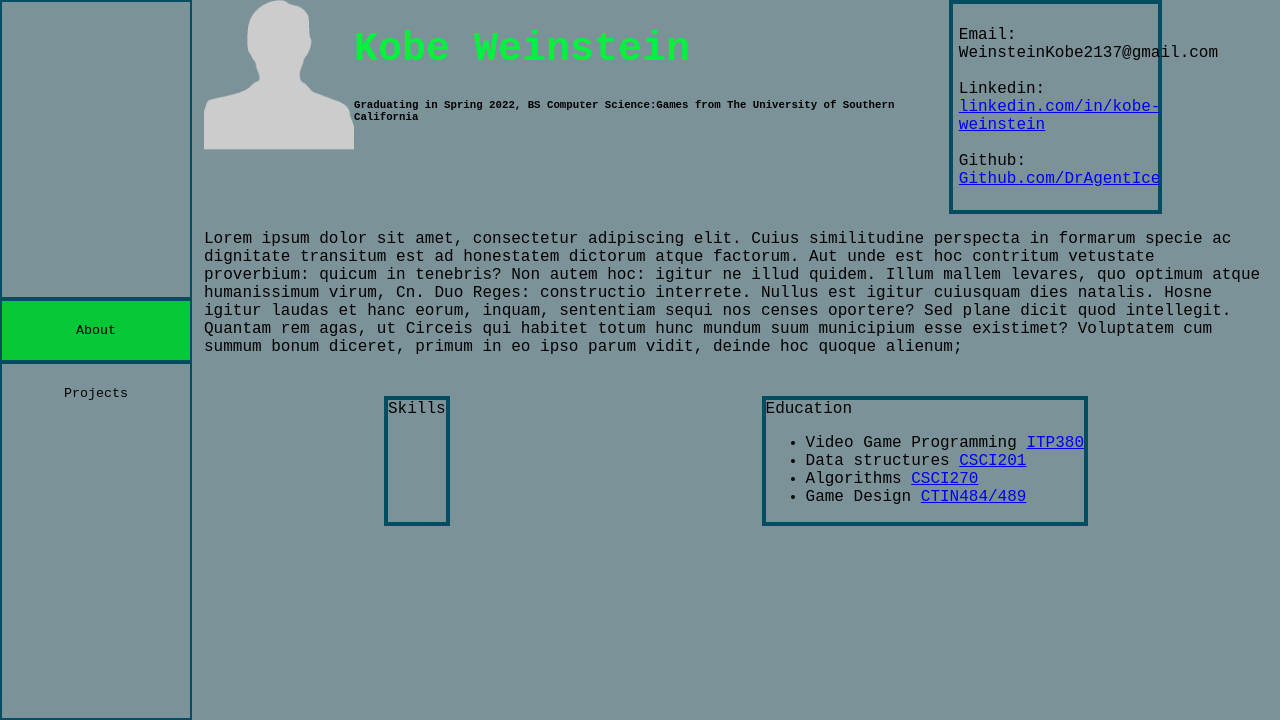
Repository: DrAngentIce/Kobe.Weinstein
Page: PortfollioSite/WebContent/Index.html
An editor plug-in stored every save of this project. The page is shown before and after the next save, followed by the edit.
The browser window is 1280 px wide. The pictures show the whole page.

Above is the page before, as saved 2021-01-15 04:35:50.

### PortfollioSite/WebContent/Index.html
<!DOCTYPE html>
<html>
<head>
<meta charset="ISO-8859-1">
<title>Kobe Weinstein</title>

<style>

 * {box-sizing: border-box}

 :root {
  --primary: #05F140;
  --primaryDim: #04C835;
  --textP: #000000;
  --Secondary: #034D63;
  --SecondaryLight: #046B8B;
  --textS: #dadfe1;
  --bg: #7C9299;
  --textBg: #000000;
  }

 body {
  font-size: 100%;
  font-family:"Courier New", monospace;
}


 .tab {
  float: left;
  border: 2px solid var(--Secondary);
  background-color: var(--bg);
  width: 15vw;
  height: 100vh;
  display: flex;
  justify-content: center;
  flex-direction: column;
	}

 .tab button {
  display: block;
  background-color: inherit;
  padding: 22px 16px;
  width: 100%;
  border: none;
  outline: none;
  text-align: center;
  cursor: pointer;
  transition: 0.3s;
  font-family:"Courier New", monospace;
  color: var(--textP);
}

.tab button:hover {
  background-color: var(--primary);
  color: var(--textP);
  border-top: 4px solid var(--SecondaryLight);
  border-bottom: 4px solid var(--SecondaryLight);
}

.tab button.active {
  background-color: var(--primaryDim);
  color: var(--textP);
  border-top: 4px solid var(--Secondary);
  border-bottom: 4px solid var(--Secondary);
}

.projectContent {
  float: left;
  padding: 0px 12px;
  border: 1px solid var(--Secondary);
  width: 70vw;
  border-left: none;
  height: 100vh;
  display: none;
  font-family:"Courier New", monospace;
}

.tabContent {
  float: left;
  padding: 0px 12px;
  border: none;
  width: 85vw;
  border-left: none;
  height: 100vh;
  display: none;
  font-family:"Courier New", monospace;
  background-color: var(--bg);

}

.columnName
{
	width: 70%;
	display:flex;
	align-content:center;
}

.columnContact
{
	width: 20%;
	border: 4px solid var(--Secondary);
	padding: 6px;
}

.SkillsCourses
{
	display: flex;
	flex-flow: row wrap;
	justify-content: space-around;
	width: 100%;
	padding: 24px;
}

.column
{
	border: 4px solid var(--Secondary);

}

</style>


<script>
function openTab(evt, tabName)
{

	var i, tabContent, tabs;


	tabcontent = document.getElementsByClassName("tabContent");
	for(i=0; i < tabcontent.length; i++)
	{
		tabcontent[i].style.display = "none";
	}

	tabs = document.getElementsByClassName("tablinks");
	for(i=0; i < tabs.length; i++)
	{
		tabs[i].className = tabs[i].className.replace(" active", "");
	}

	document.getElementById(tabName).style.display = "block";

	if(tabName == 'projects')
	{
		document.getElementById(tabName).style.padding = "0px 0px";
	}

	evt.currentTarget.className += " active";

}

function openProject(evt, projectName)
{

	var i, tabContent, tabs;


	tabcontent = document.getElementsByClassName("projectContent");
	for(i=0; i < tabcontent.length; i++)
	{
		tabcontent[i].style.display = "none";
	}

	tabs = document.getElementsByClassName("projectlinks");
	for(i=0; i < tabs.length; i++)
	{
		tabs[i].className = tabs[i].className.replace(" active", "");
	}

	document.getElementById(projectName).style.display = "block";

	evt.currentTarget.className += " active";

}


</script>


</head>


<body style="width: 100vw; height: 100vh; margin: 0; padding: 0;">

	<div class="tab">
	<button class="tablinks" onclick="openTab(event, 'about')" id="default">About</button>
	<button class="tablinks" onclick="openTab(event, 'projects')">Projects</button>
	</div>


	<div id = "projects" class="tabContent">
		<div class="tab" style="border-left: none;">
			<button class="projectlinks" onclick="openProject(event,'BookStacks')">The BookStacks</button>
			<button class="projectlinks" onclick="">Runner's Edge</button>
			<button class="projectlinks" onclick="">Pinball</button>
		</div>

		<div id="BookStacks" class="projectContent">
		The BookStacks
		</div>
		<div id="RunnersEdge" class="projectContent">
		Runner's Edge
		</div>
		<div id="RunnersEdge" class="projectContent">
		 Pinball
		</div>

	</div>

	<div id="about" class="tabContent">

	<div style="width:100%; display:flex; flex-flow:row wrap; align-content:space-between;">

		<div class="columnName">
			<img src="Portrait.gif" width="150px" height="150px">
			<div>
			<h1 style="color: var(--primary); font-size:2.5em;">Kobe Weinstein</h1>
			<h6>Graduating in Spring 2022, BS Computer Science:Games from The University of Southern California</h6>
			</div>
		</div>

		<div class="columnContact">
		<p>
			Email:<br> WeinsteinKobe2137@gmail.com
			<br><br>Linkedin:<br><a href="http://www.linkedin.com/in/kobe-weinstein">linkedin.com/in/kobe-weinstein</a>
			<br><br>Github:<br><a href="http://www.Github.com/DrAgentIce">Github.com/DrAgentIce</a>
		</p>
		</div>

	</div>

	<p>Lorem ipsum dolor sit amet, consectetur adipiscing elit. Cuius similitudine perspecta in formarum specie ac dignitate transitum est ad honestatem dictorum atque factorum. Aut unde est hoc contritum vetustate proverbium: quicum in tenebris? Non autem hoc: igitur ne illud quidem. Illum mallem levares, quo optimum atque humanissimum virum, Cn. Duo Reges: constructio interrete. Nullus est igitur cuiusquam dies natalis. Hosne igitur laudas et hanc eorum, inquam, sententiam sequi nos censes oportere? Sed plane dicit quod intellegit. Quantam rem agas, ut Circeis qui habitet totum hunc mundum suum municipium esse existimet? Voluptatem cum summum bonum diceret, primum in eo ipso parum vidit, deinde hoc quoque alienum; </p>

	<div class="SkillsCourses">

	<div class="column">
	Skills
	</div>

	<div class="column">
	Education
	<ul>
		<li>Video Game Programming <a href="https://web-app.usc.edu/soc/syllabus/20201/31902.pdf">ITP380</a></li>
		<li>Data structures <a href="https://web-app.usc.edu/ws/soc_archive/soc/term-20201/course/csci-201/index.html">CSCI201</a></li>
		<li>Algorithms <a href="https://classes.usc.edu/term-20203/course/csci-270/">CSCI270</a></li>
		<li>Game Design <a href="https://classes.usc.edu/term-20201/course/ctin-484/">CTIN484/489</a></li>
	</ul>
	</div>

	</div>


	</div>

<script>
document.getElementById("default").click();
</script>
</body>

</html>

After the next save:
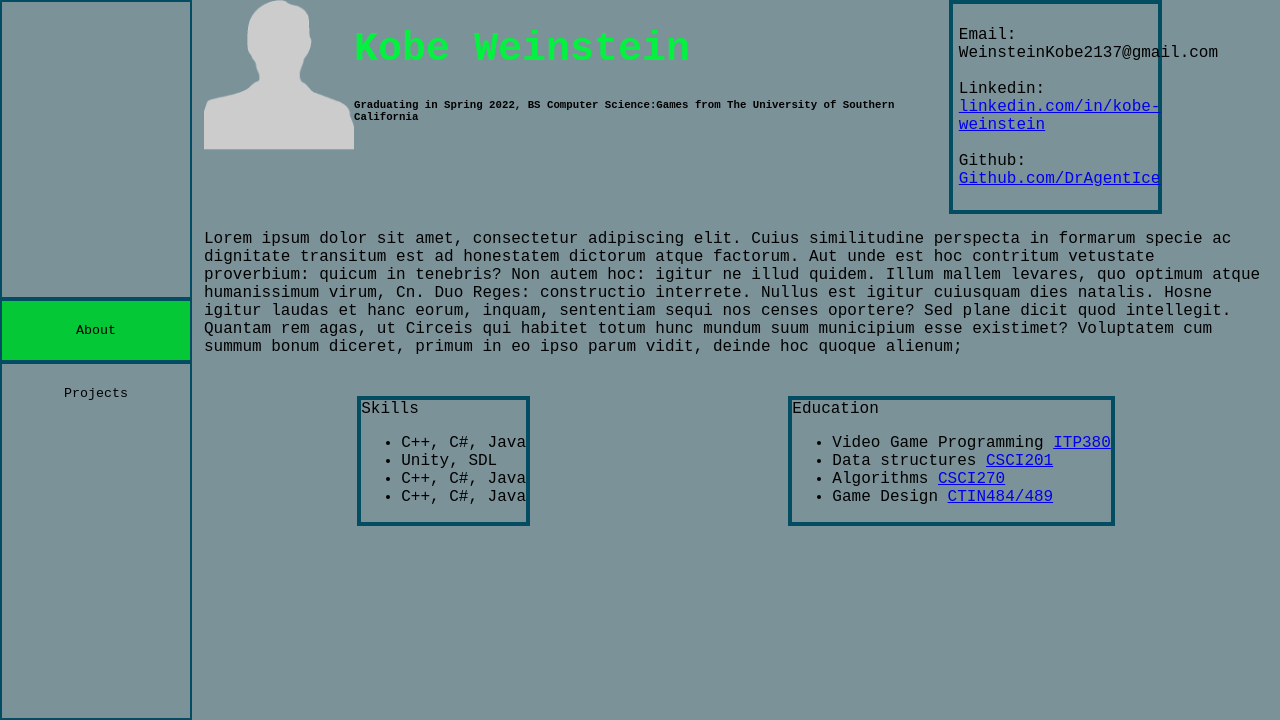
Saved 39 s later.
--- a/PortfollioSite/WebContent/Index.html
+++ b/PortfollioSite/WebContent/Index.html
@@ -236,6 +236,12 @@ function openProject(evt, projectName)
 
 	<div class="column">
 	Skills
+	<ul>
+	<li>C++, C#, Java</li>
+	<li>Unity, SDL</li>
+	<li>C++, C#, Java</li>
+	<li>C++, C#, Java</li>
+	</ul>
 	</div>
 
 	<div class="column">
